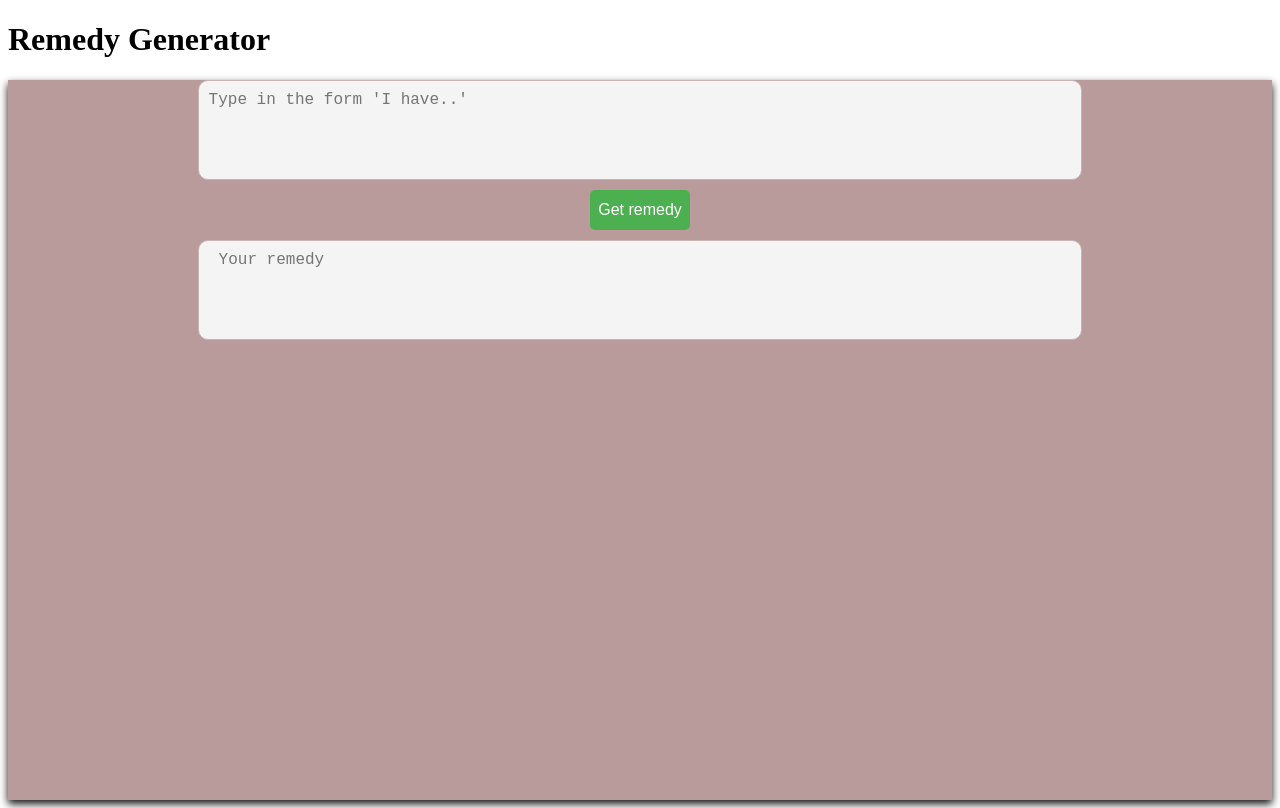
Repository: krutarthh/Ayurvedic-Remedy
Page: index.html
An editor plug-in stored every save of this project. The page is shown before and after the next save, followed by the edit.
The browser window is 1280 px wide. The pictures show the whole page.

Above is the page before, as saved 2024-04-06 20:39:20.

### index.html
<!DOCTYPE html>
<html>
  <head>

    <script type="importmap">
      {
        "imports": {
          "@google/generative-ai": "https://esm.run/@google/generative-ai"
        }
      }
    </script>
  </head>
  <body>

    <h1 id="main_title">Remedy Generator</h1>
    <div class="container">
    <link rel="stylesheet" href="app.css">

      <textarea id="user_input" placeholder="Type in the form 'I have..'" type="container"></textarea>




    <button id="Send" type="container">Get remedy</button>


      <textarea id="answer" placeholder="Your remedy"type="container"></textarea>

  </div>
    <script type="module" src="app.js"></script>




</body>
</html>

### app.css
/* app.css */

.container {

    flex-direction: column;
    align-items: center;
    justify-content: center;
    height: 100vh;
    text-align: center;
    background-color:  #ba9b9b;;
    box-shadow: 0 4px 8px rgba(0, 0, 0, 0.931);
}
#user_input,
#answer {
    width: 70%;
    padding: 10px;
    font-size: 16px;
    border: 1px solid #c8b4b4;
   background-color:  #f8f8f8f5;
    border-radius: 10px; /* Add border-radius property with a value of 10px */
    box-sizing: border-box;
    resize: none;
    height: 100px;
    margin: 0 auto;
    display: block;
}

#user_input {
    margin-bottom: 10px;
}

#Send {
    width: 100px;
    height: 40px;
    background-color: #4CAF50;
    color: white;
    border: none;
    border-radius: 5px;
    font-size: 16px;
    cursor: pointer;
}

#answer {
    padding-left: 20px;
    margin-top: 10px;
}

### app.js
import { GoogleGenerativeAI } from "@google/generative-ai";


const API_KEY = "AIzaSyDBtZZsASIYVyQiLgik32sfZeJjd2X8IPQ";


const genAI = new GoogleGenerativeAI(API_KEY);

const model = genAI.getGenerativeModel({ model: "gemini-pro" });


const user_input = document.getElementById("user_input");
const answer_area = document.getElementById("answer");
const send_button = document.getElementById("Send");

send_button.addEventListener("click", async () => {
    const question = user_input.value;
    const answer = await generateText(question + "give me a ayurvedic remidy, the answer should be short and specific behave like a chatbot dont format your answers just give simple text answers.");
    answer_area.textContent = answer;
});

async function generateText(prompt) {

    const result = await model.generateContent(prompt);
    const response = await result.response;
    const text = await response.text();
    return text;
}

After the next save:
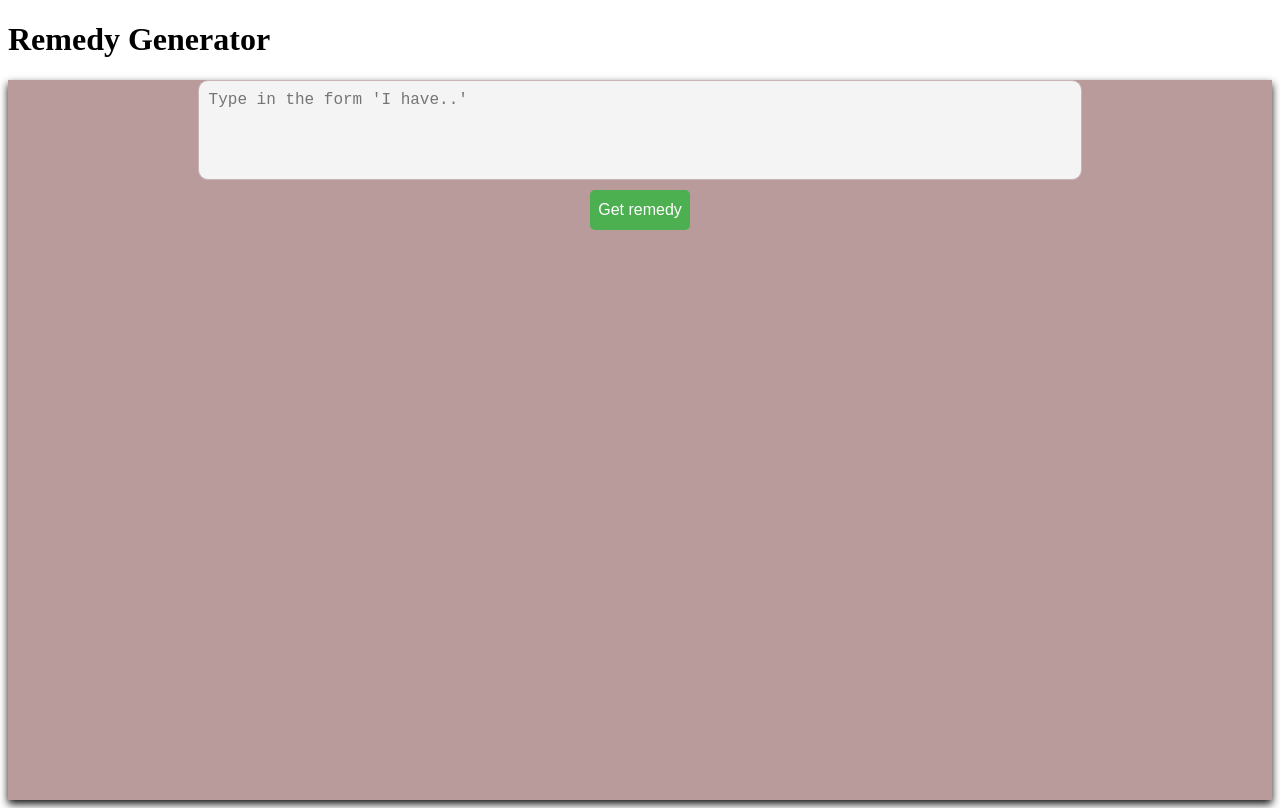
Saved 2 min 4 s later.
--- a/index.html
+++ b/index.html
@@ -23,7 +23,7 @@
 
     <button id="Send" type="container">Get remedy</button>
 
-
+      <br><br
       <textarea id="answer" placeholder="Your remedy"type="container"></textarea>
 
   </div>
